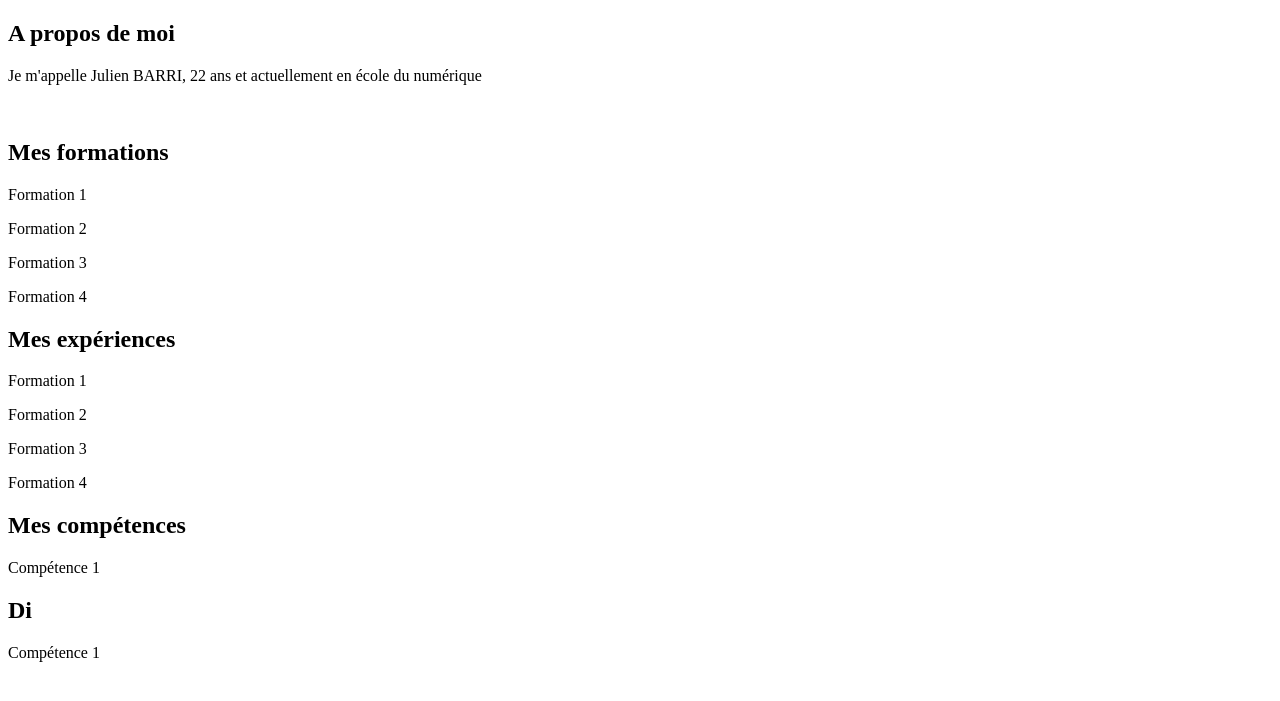
Repository: barridev/cours_devops.github.io
Page: index.html
The author's editor kept a copy of each file at every save. The page is drawn from the files as they stood at one save, then again after a run of saves.
The browser window is 1280 px wide. The pictures show the whole page.

Above is the page before, as saved 2022-06-13 14:59:16.

### index.html
<!DOCTYPE html>
<html lang="en">

<head>
    <meta charset="UTF-8">
    <meta http-equiv="X-UA-Compatible" content="IE=edge">
    <meta name="viewport" content="width=device-width, initial-scale=1.0">
    <title>Document</title>
</head>

<body>
    <section>
        <h1>A propos de moi</h1>
        <p>Je m'appelle Julien BARRI, 22 ans et actuellement en école du numérique</p>
        <img src="" alt="">
    </section>

    <section>
        <h2> Mes formations </h2>
        <p>Formation 1</p>
        <p>Formation 2</p>
        <p>Formation 3</p>
        <p>Formation 4</p>
    </section>

    <section>
        <h2> Mes expériences </h2>
        <p>Formation 1</p>
        <p>Formation 2</p>
        <p>Formation 3</p>
        <p>Formation 4</p>
    </section>

    <section>
        <h2> Mes compétences</h2>
        <p>Compétence 1</p>

    </section>

    <section>
        <h2> Di</h2>
        <p>Compétence 1</p>

    </section>

</body>

</html>

After the next 2 saves:
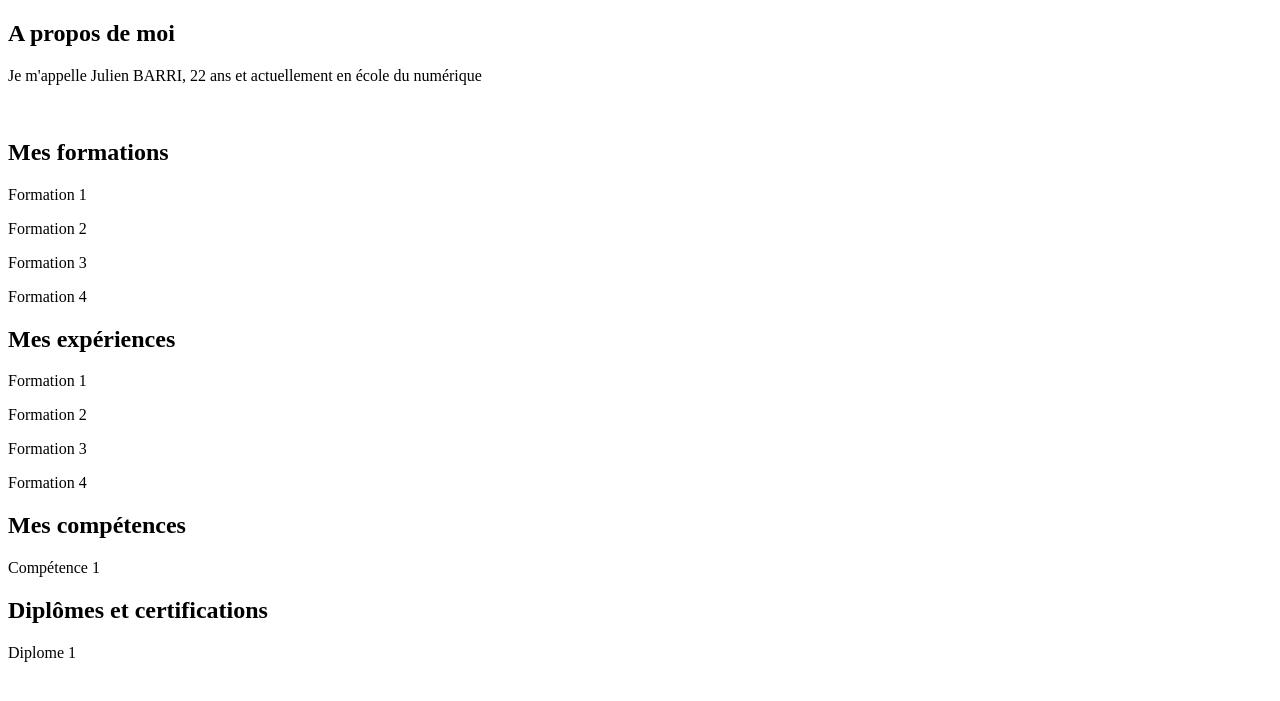
The 2 saves are shown as one change because they came seconds apart.
The last was saved 9 s later.
--- a/index.html
+++ b/index.html
@@ -38,8 +38,8 @@
     </section>
 
     <section>
-        <h2> Di</h2>
-        <p>Compétence 1</p>
+        <h2> Diplômes et certifications</h2>
+        <p>Diplome 1</p>
 
     </section>
 
